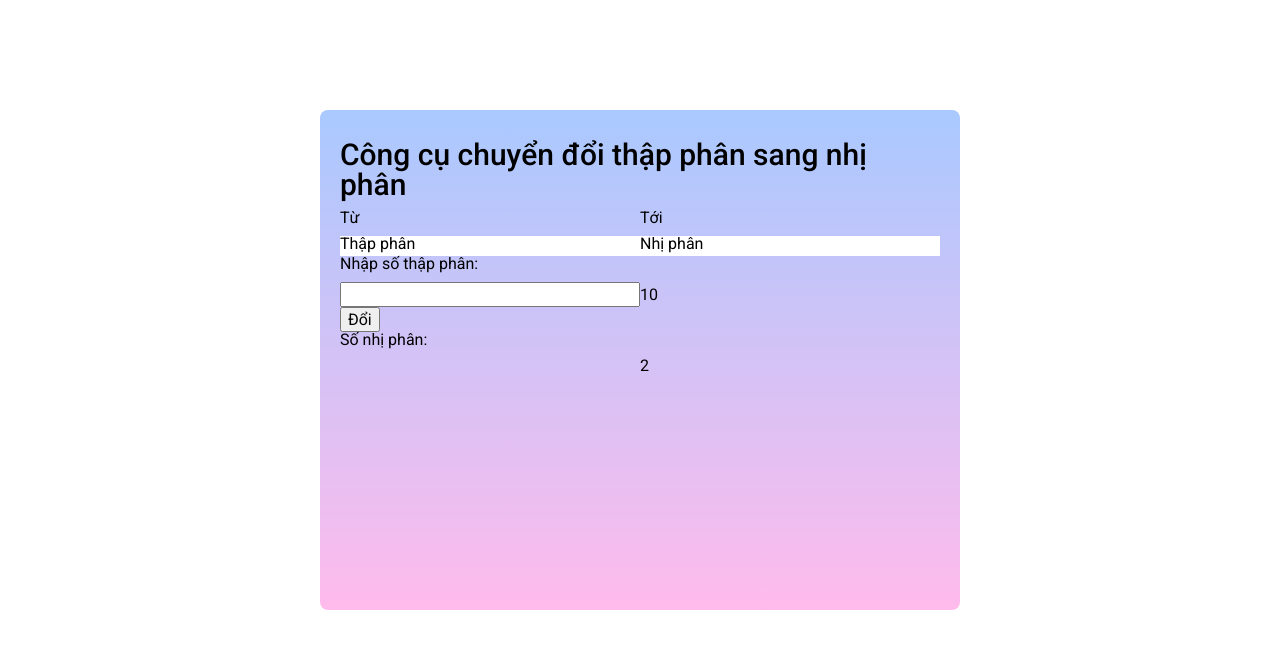
Repository: thuanpham00/covertNumber
Page: index.html
These files come from the project's save history. The page is drawn as it stood at one moment and after the next save; the edit follows.
The browser window is 1280 px wide. The pictures show the whole page.
The style sheet was rebuilt from its Sass, Less or Tailwind sources for each picture, by a compiler version that may differ from the author's.

Above is the page before, as saved 2023-11-03 02:09:21.

### index.html
<!DOCTYPE html>
<html lang="en">
    <head>
        <meta charset="UTF-8" />
        <meta name="viewport" content="width=device-width, initial-scale=1.0" />
        <title>Convert Number</title>
        <link rel="stylesheet" href="./assets/css/main.css" />
        <link rel="preconnect" href="https://fonts.googleapis.com" />
        <link rel="preconnect" href="https://fonts.gstatic.com" crossorigin />
        <link
            href="https://fonts.googleapis.com/css2?family=Roboto:wght@400;500;700;900&display=swap"
            rel="stylesheet"
        />
    </head>
    <body>
        <div class="container">
            <h1 class="title">Công cụ chuyển đổi thập phân sang nhị phân</h1>
            <div class="row">
                <span class="row__desc">Từ</span>
                <span class="row__desc">Tới</span>
            </div>
            <div class="row">
                <div class="row__type">
                    <div class="row__item">Thập phân</div>
                </div>
                <div class="row__type">
                    <div class="row__item">Nhị phân</div>
                </div>
            </div>
            <div class="container__wrapper">
                <div class="desc">Nhập số thập phân:</div>
                <form class="form">
                    <div class="row">
                        <input
                            type="text"
                            class="form__input"
                            name="numberInput"
                            required
                        />
                        <span>10</span>
                    </div>
                    <input type="submit" class="form__submit" value="Đổi" />
                </form>

                <div class="desc">Số nhị phân:</div>
                <div class="row">
                    <div class="result"></div>
                    <span>2</span>
                </div>
            </div>
        </div>
    </body>
</html>

### scss/main.scss
html,
body,
div,
span,
applet,
object,
iframe,
h1,
h2,
h3,
h4,
h5,
h6,
p,
blockquote,
pre,
a,
abbr,
acronym,
address,
big,
cite,
code,
del,
dfn,
em,
img,
ins,
kbd,
q,
s,
samp,
small,
strike,
strong,
sub,
sup,
tt,
var,
b,
u,
i,
center,
dl,
dt,
dd,
ol,
ul,
li,
fieldset,
form,
label,
legend,
table,
caption,
tbody,
tfoot,
thead,
tr,
th,
td,
article,
aside,
canvas,
details,
embed,
figure,
figcaption,
footer,
header,
hgroup,
menu,
nav,
output,
ruby,
section,
summary,
time,
mark,
audio,
video {
    margin: 0;
    padding: 0;
    border: 0;
    font-size: 100%;
    font: inherit;
    vertical-align: baseline;
}
/* HTML5 display-role reset for older browsers */
article,
aside,
details,
figcaption,
figure,
footer,
header,
hgroup,
menu,
nav,
section {
    display: block;
}
body {
    line-height: 1;
}
ol,
ul {
    list-style: none;
}
blockquote,
q {
    quotes: none;
}
blockquote:before,
blockquote:after,
q:before,
q:after {
    content: "";
    content: none;
}
table {
    border-collapse: collapse;
    border-spacing: 0;
}

*,
::after,
::before {
    box-sizing: border-box;
}

html {
    font-size: 62.5%;
}

body {
    background: #fff;
    font-size: 1.6rem;
    font-family: "Roboto", sans-serif;
}

input,
select,
textarea,
button {
    font-size: inherit;
    font-family: inherit;
}

.container {
    background-color: #a9c9ff;
    background-image: linear-gradient(180deg, #a9c9ff 0%, #ffbbec 100%);

    border-radius: 8px;
    padding: 10px 20px;
    height: 500px;
    position: absolute;
    top: 50%;
    left: 50%;
    transform: translate(-50%, -50%);

    .title {
        margin-top: 20px;
        font-size: 3rem;
        font-weight: 500;
    }

    .row {
        margin-top: 10px;
        display: grid;
        align-items: center;
        grid-template-columns: 1fr 1fr;

        .row__type {
            height: 20px;
            width: 100%;
            background: #fff;
        }
    }
}

After the next save:
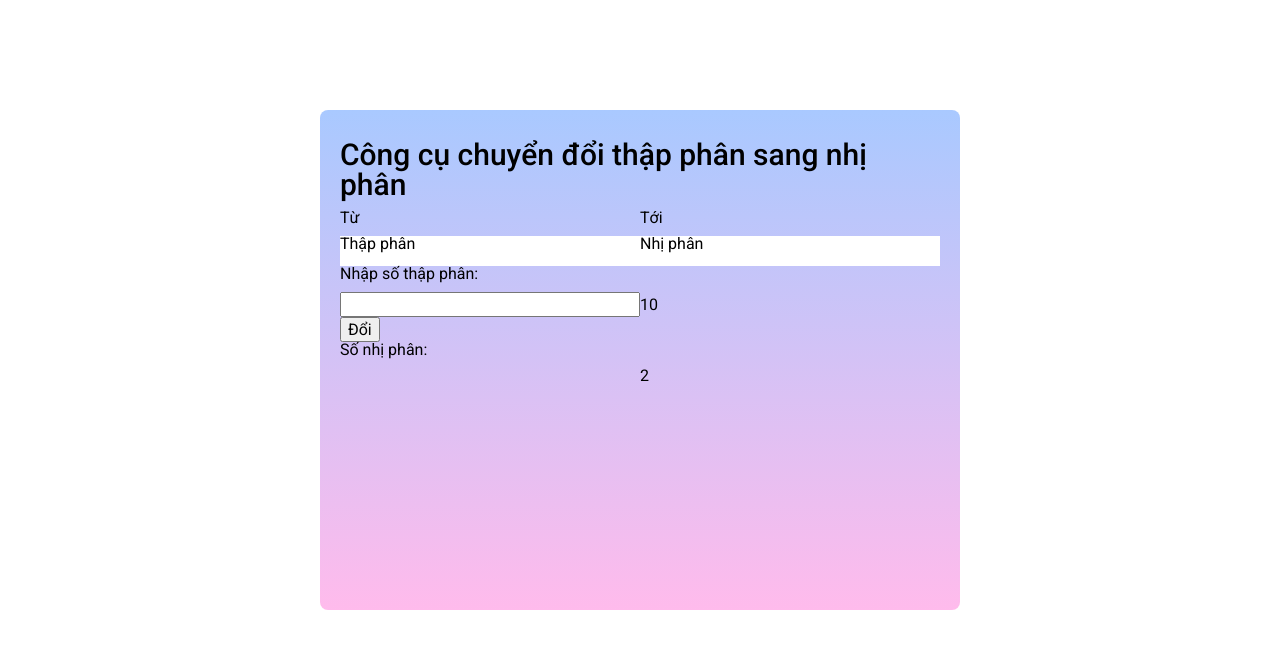
Saved 4 s later.
--- a/scss/main.scss
+++ b/scss/main.scss
@@ -172,7 +172,7 @@ button {
         grid-template-columns: 1fr 1fr;
 
         .row__type {
-            height: 20px;
+            height: 30px;
             width: 100%;
             background: #fff;
         }
